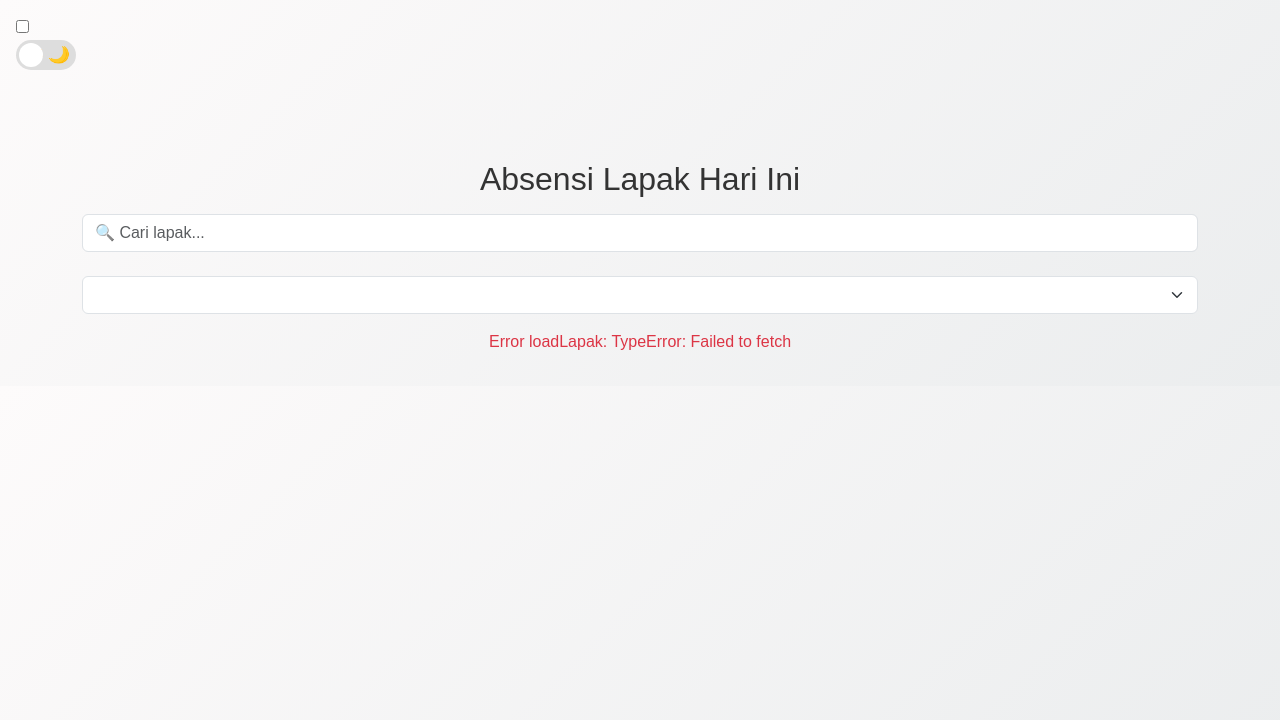
Repository: pasarrakyatbak/absensi
Page: index.html
The author's editor kept a copy of each file at every save. The page is drawn from the files as they stood at one save, then again after the next save.
The browser window is 1280 px wide. The pictures show the whole page.
The page's requests for data from a server got no answer.

Above is the page before, as saved 2025-09-22 18:38:15.

After the next save:
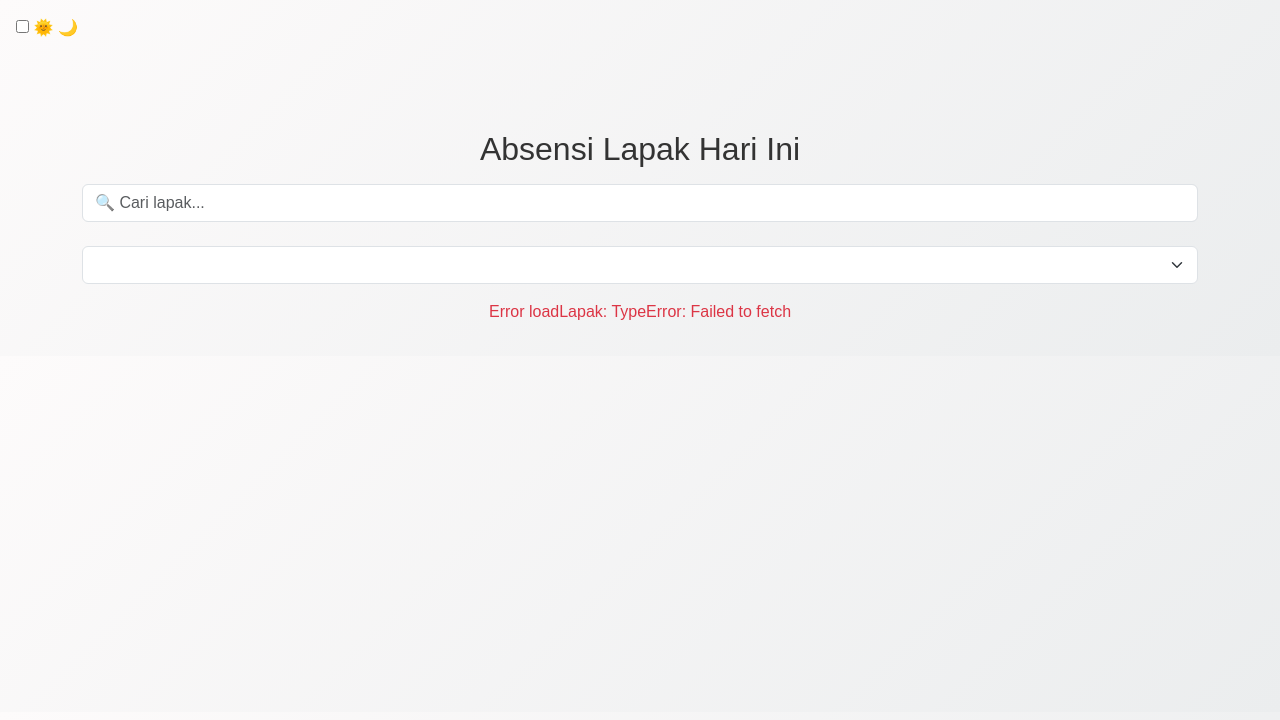
Saved 82 s later.
--- a/style.css
+++ b/style.css
@@ -296,53 +296,7 @@ body.dark #modalHapusBtn {
 
 /* ================= TOGGLE DARK MODE ================= */
 /* ========== TOGGLE ========== */
-.toggle-label {
-    position: relative;
-    width: 60px;
-    height: 30px;
-    background: #ddd;
-    border-radius: 50px;
-    display: flex;
-    align-items: center;
-    justify-content: space-between;
-    padding: 0 6px;
-    transition: background 0.3s ease;
-}
-
-.toggle-label::before {
-    content: "☀️";
-    position: absolute;
-    left: 8px;
-    font-size: 16px;
-    transition: opacity 0.3s ease;
-}
-
-.toggle-label::after {
-    content: "🌙";
-    position: absolute;
-    right: 8px;
-    font-size: 16px;
-    transition: opacity 0.3s ease;
-}
-
-.toggle-ball {
-    width: 24px;
-    height: 24px;
-    border-radius: 50%;
-    background: white;
-    position: absolute;
-    left: 3px;
-    top: 3px;
-    transition: transform 0.3s ease;
-}
-
-.dark-toggle input:checked+.toggle-label {
-    background: #444;
-}
-
-.dark-toggle input:checked+.toggle-label .toggle-ball {
-    transform: translateX(30px);
-}
+
 
 /* ================= SUMMARY CARDS ================= */
 .summary-cards {
